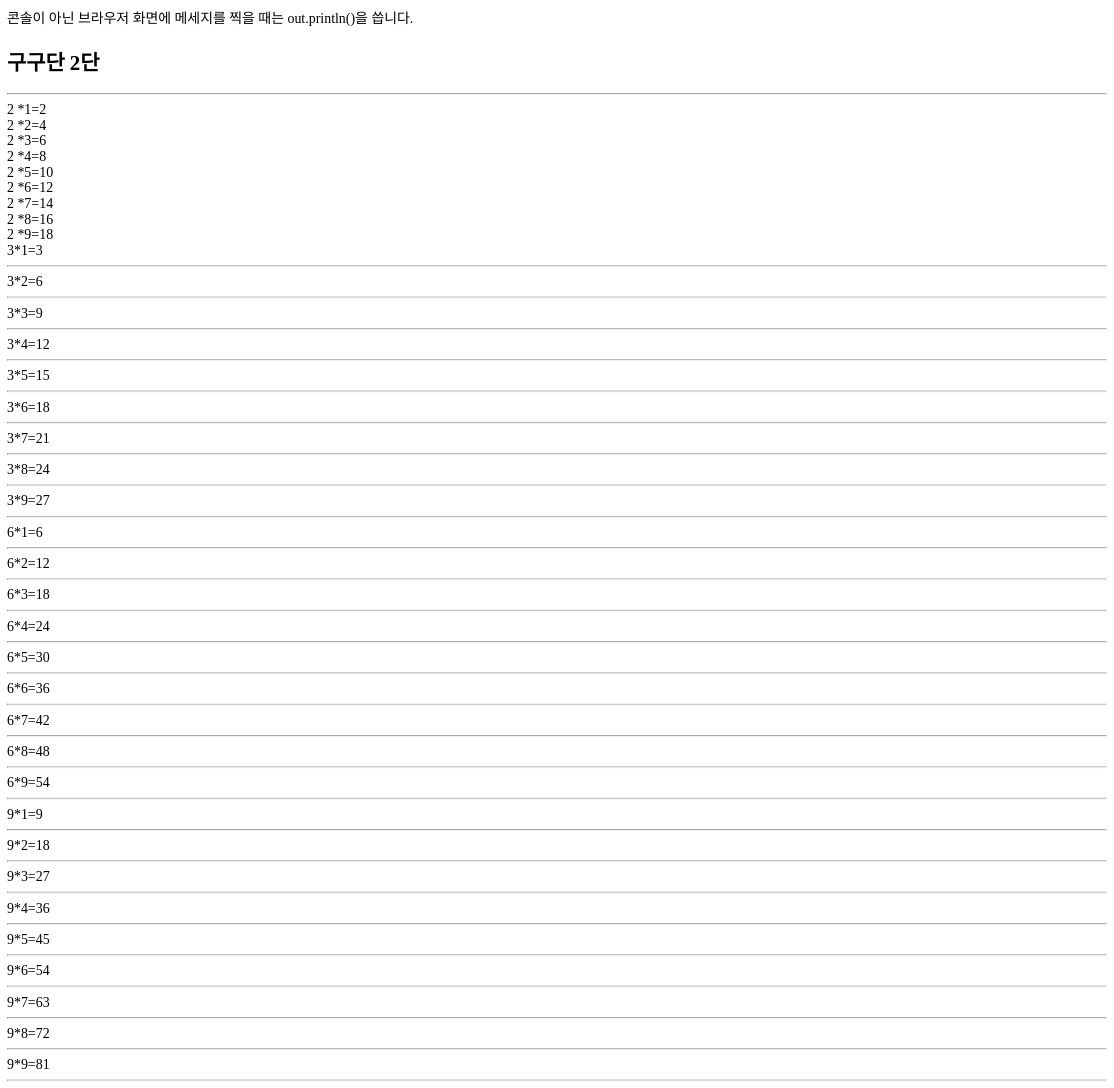
Repository: developedbyssony/JSP
Page: http://localhost/JSPbasic/jsptag/scriptlet.jsp
The author's editor kept a copy of each file at every save. The page is drawn from the files as they stood at one save, then again after the next save.
The browser window is 1280 px wide. The pictures show the whole page, at 87% of full size.
The page is served by Tomcat 9.

Above is the page before, as saved 2022-03-22 11:45:36.

After the next save:
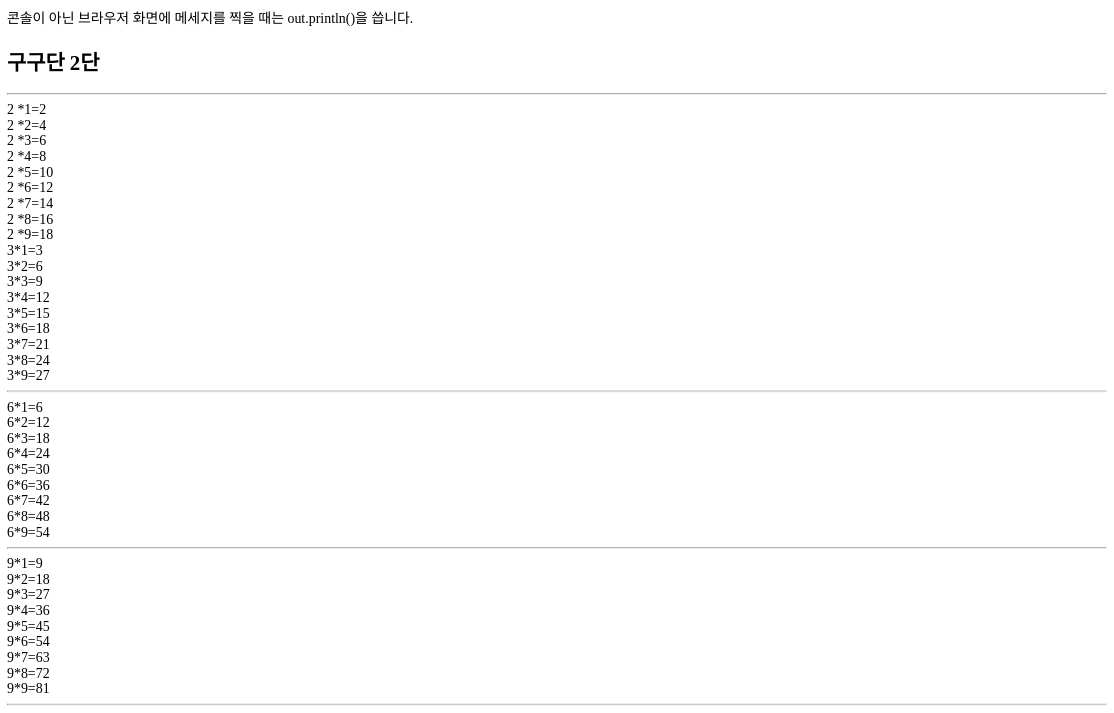
Saved 30 s later.
--- a/JSPbasic/src/main/webapp/jsptag/scriptlet.jsp
+++ b/JSPbasic/src/main/webapp/jsptag/scriptlet.jsp
@@ -18,8 +18,9 @@
 		for(int j=3; j<10; j++) {
 			if(j%3==0) {
 				for(int s=1; s<10; s++) {
-				out.println(j + "*" + s + "=" + (j*s) + "<hr/>");
+				out.println(j + "*" + s + "=" + (j*s) + "<br/>");
 				}
+				out.println("<hr/>");
 			}
 		}
 	%>
